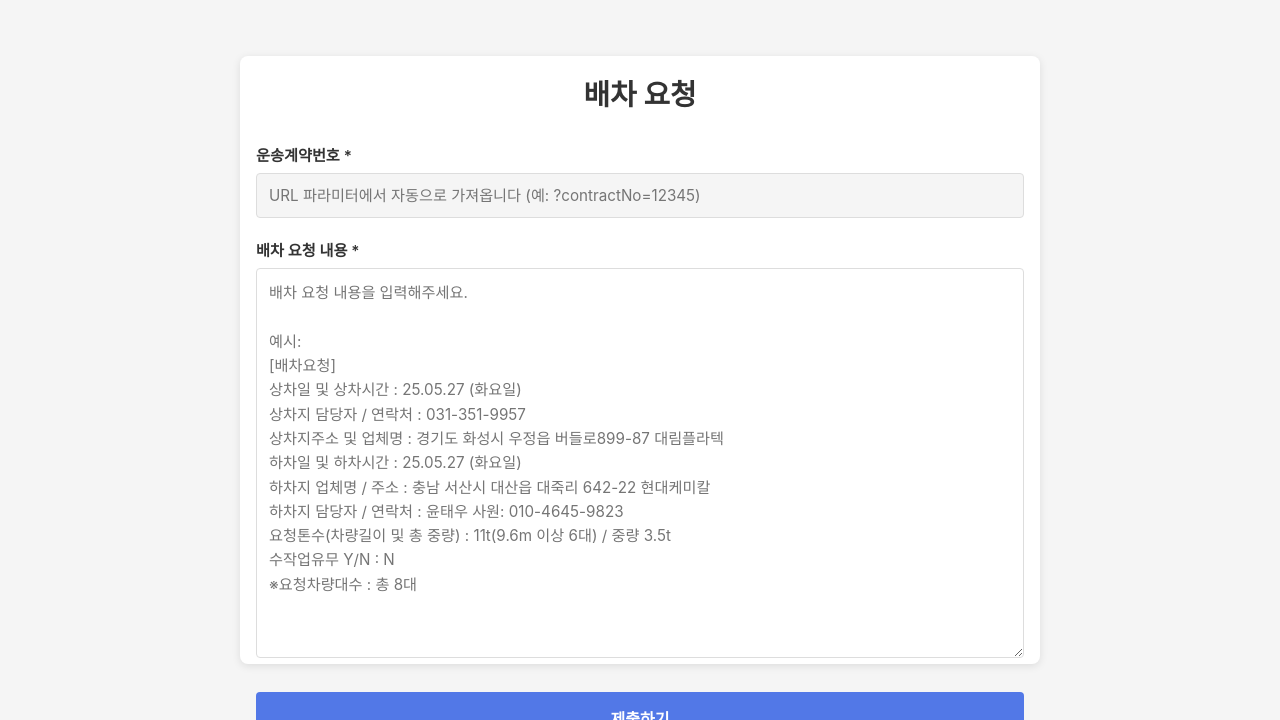
Repository: deul428/logis_transport
Page: / (app in frontend/)
An editor plug-in stored every save of this project. The page is shown before and after the next save, followed by the edit.
The browser window is 1280 px wide. The pictures show the whole page.
The project was rebuilt for these pictures with package versions that can differ from the ones it lists, and the page was loaded fresh each time. Also part of the build but not shown: frontend/src/App.scss.

Above is the page before, as saved 2025-11-13 13:49:18.

### frontend/public/index.html
<!DOCTYPE html>
<html lang="en">
  <head>
    <meta charset="utf-8" />
    <link rel="icon" href="%PUBLIC_URL%/favicon.ico" />
    <meta name="viewport" content="width=device-width, initial-scale=1" />
    <meta name="theme-color" content="#000000" />
    <meta
      name="description"
      content="Web site created using create-react-app"
    />
    <link rel="apple-touch-icon" href="%PUBLIC_URL%/android-icon-192x192.png" />
    <!--
      manifest.json provides metadata used when your web app is installed on a
      user's mobile device or desktop. See https://developers.google.com/web/fundamentals/web-app-manifest/
    -->
    <link rel="manifest" href="%PUBLIC_URL%/manifest.json" />
    <!--
      Notice the use of %PUBLIC_URL% in the tags above.
      It will be replaced with the URL of the `public` folder during the build.
      Only files inside the `public` folder can be referenced from the HTML.

      Unlike "/favicon.ico" or "favicon.ico", "%PUBLIC_URL%/favicon.ico" will
      work correctly both with client-side routing and a non-root public URL.
      Learn how to configure a non-root public URL by running `npm run build`.
    -->
    <title>로지스 운송 오더</title>
  </head>
  <body>
    <div id="root"></div>
    <!--
      This HTML file is a template.
      If you open it directly in the browser, you will see an empty page.

      You can add webfonts, meta tags, or analytics to this file.
      The build step will place the bundled scripts into the <body> tag.

      To begin the development, run `npm start` or `yarn start`.
      To create a production bundle, use `npm run build` or `yarn build`.
    -->
  </body>
</html>

### frontend/src/App.js
import { useState, useEffect } from "react";
import "./App.scss";
import "./styles/transport.scss";

function App() {
  const [contractNo, setContractNo] = useState("");
  const [content, setContent] = useState("");
  const [isSubmitted, setIsSubmitted] = useState(false);

  useEffect(() => {
    // URL에서 계약 번호 파라미터 읽기
    const params = new URLSearchParams(window.location.search);
    const contractNoParam =
      params.get("contractNo") || params.get("contract") || "";

    if (contractNoParam) {
      setContractNo(contractNoParam);
    }
  }, []);

  // 구글 폼 제출
  const handleSubmit = async (e) => {
    e.preventDefault();

    if (!contractNo.trim()) {
      alert(
        "계약 번호가 없습니다. URL에 계약 번호를 포함해주세요. (예: ?contractNo=12345)"
      );
      return;
    }

    if (!content.trim()) {
      alert("배차 요청 내용을 입력해 주세요.");
      return;
    }

    try {
      // 제출 시간 생성 (한국 시간)
      const now = new Date();
      const koreaTimeOffset = 9 * 60; // 한국은 UTC+9
      const koreaTime = new Date(now.getTime() + koreaTimeOffset * 60 * 1000);
      const year = koreaTime.getFullYear();
      const month = String(koreaTime.getMonth() + 1).padStart(2, "0");
      const day = String(koreaTime.getDate()).padStart(2, "0");
      const hours = String(koreaTime.getHours()).padStart(2, "0");
      const minutes = String(koreaTime.getMinutes()).padStart(2, "0");
      const seconds = String(koreaTime.getSeconds()).padStart(2, "0");
      const submitTime = `${year}-${month}-${day} ${hours}:${minutes}:${seconds}`;

      const formData = new FormData();
      // 계약 번호 필드 (구글 폼의 entry ID로 변경 필요)
      formData.append("entry.1271596132", contractNo);
      // 배차 요청 내용 필드 (구글 폼의 entry ID로 변경 필요)
      formData.append("entry.1285765036", content);


      // 구글 폼 URL (실제 구글 폼 URL로 변경 필요)
      const googleFormUrl =
        "https://docs.google.com/forms/d/e/1FAIpQLSepUaIyU7xQX5y7V2-OXf7BZamqW1xnarS4jM8SswiHX2m2rA/formResponse";

      await fetch(googleFormUrl, {
        method: "POST",
        body: formData,
        mode: "no-cors",
      });

      setIsSubmitted(true);
    } catch (err) {
      alert("오류가 발생했습니다. 관리자에게 문의해 주세요.");
      console.error(err);
    }
  };

  const resetForm = () => {
    setContent("");
    setIsSubmitted(false);
  };

  return (
    <div id="transport">
      <div className="cntnt_box">
        <div className="transport_header">
          <h2>배차 요청</h2>
        </div>

        {/* 입력 폼 */}
        {!isSubmitted && (
          <div id="input_area">
            <form id="customForm" onSubmit={handleSubmit}>
              <div className="input_field">
                <label>운송계약번호 *</label>
                <input
                  type="text"
                  value={contractNo}
                  disabled
                  placeholder="URL 파라미터에서 자동으로 가져옵니다 (예: ?contractNo=12345)"
                  style={{
                    backgroundColor: "#f5f5f5",
                    cursor: "not-allowed",
                    color: "#666",
                  }}
                />
              </div>

              <div className="input_field">
                <label>배차 요청 내용 *</label>
                <textarea
                  name="content"
                  rows={15}
                  placeholder={`배차 요청 내용을 입력해주세요.

예시:
[배차요청]
상차일 및 상차시간 : 25.05.27 (화요일)
상차지 담당자 / 연락처 : 031-351-9957
상차지주소 및 업체명 : 경기도 화성시 우정읍 버들로899-87 대림플라텍
하차일 및 하차시간 : 25.05.27 (화요일)
하차지 업체명 / 주소 : 충남 서산시 대산읍 대죽리 642-22 현대케미칼
하차지 담당자 / 연락처 : 윤태우 사원: 010-4645-9823
요청톤수(차량길이 및 총 중량) : 11t(9.6m 이상 6대) / 중량 3.5t
수작업유무 Y/N : N
※요청차량대수 : 총 8대`}
                  value={content}
                  onChange={(e) => setContent(e.target.value)}
                />
              </div>

              <button type="submit">제출하기</button>
            </form>
          </div>
        )}

        {/* 결과 표시 영역 */}
        {isSubmitted && (
          <div id="result_area">
            <h2>접수가 완료되었습니다.</h2>
            <div id="submittedData" className="card">
              <div className="rows row_01">
                <h3>운송계약번호</h3>
                <p>{contractNo || "미입력"}</p>
              </div>
              <div className="rows row_02">
                <h3>배차 요청 내용</h3>
                <p style={{ whiteSpace: "pre-wrap", wordBreak: "break-word" }}>
                  {content}
                </p>
              </div>
            </div>
            <button id="newResponseLink" onClick={resetForm}>
              신규 접수하기
            </button>
          </div>
        )}

        {/* 안내 영역 */}
        {!isSubmitted && (
          <div id="desc_area">
            <div className="info_box">
              <h4>📋 사용 안내</h4>
              <p>
                1. URL에 계약 번호를 포함하여 접근하세요. (예:
                ?contractNo=12345)
                <br />
                2. 배차 요청 내용을 입력한 후 제출 버튼을 클릭하세요.
                <br />
                3. 제출 시간은 자동으로 기록됩니다.
              </p>
            </div>
          </div>
        )}
      </div>
    </div>
  );
}

export default App;

### frontend/src/styles/transport.scss
#transport {
  width: 100dvw;
  height: 100dvh;
  margin: 0 auto;
  min-height: 100vh;
  background-color: #f5f5f5;
  display: flex;
  justify-content: center;
  align-items: center;
  overflow: hidden;

  .cntnt_box {
    padding: 1rem;
    height: 80%;
    width: 60%;
    background-color: white;
    border-radius: 8px;
    box-shadow: 0 2px 8px rgba(0, 0, 0, 0.1);

    .transport_header {
      text-align: center;
      margin-bottom: 30px;

      h2 {
        margin: 0 0 0.2rem;
        font-size: 1.8rem;
        color: #333;
      }
    }

    #input_area {
      margin-bottom: 1rem;
      width: 100%;

      form {
        margin: 0 auto;
        text-align: left;

        .input_field {
          margin-bottom: 20px;

          label {
            display: block;
            margin-bottom: 8px;
            font-weight: 600;
            color: #333;
            font-size: 0.95rem;
          }

          input,
          textarea {
            font-family: inherit;
            width: 100%;
            padding: 12px;
            border: 1px solid #ddd;
            border-radius: 4px;
            font-size: 0.95rem;
            box-sizing: border-box;
            transition: border-color 0.3s;

            &:focus {
              outline: none;
              border-color: #5278e7;
            }

            &:disabled {
              background-color: #f5f5f5;
              cursor: not-allowed;
              color: #666;
            }
          }

          textarea {
            resize: vertical;
            min-height: 300px;
            line-height: 1.6;
          }
        }

        button[type="submit"] {
          width: 100%;
          padding: 14px;
          background-color: #5278e7;
          color: white;
          border: none;
          border-radius: 4px;
          font-size: 1rem;
          font-weight: 600;
          cursor: pointer;
          transition: background-color 0.3s;
          margin-top: 10px;

          &:hover {
            background-color: #4268d6;
          }

          &:active {
            background-color: #3258c6;
          }
        }
      }
    }

    #result_area {
      margin: -1rem 0 0;
      width: 100%;
      text-align: center;

      h2 {
        margin: 0 0 20px;
        font-size: 1.5rem;
        color: #333;
      }

      #submittedData {
        text-align: left;
        margin-bottom: 1rem;
        background-color: #f9f9f9;
        border-radius: 4px;
        padding: 20px;
        box-shadow: none;

        div.rows {
          width: 100%;
          margin-bottom: 20px;

          &:last-child {
            margin-bottom: 0;
          }

          h3 {
            margin-top: 0;
            margin-bottom: 10px;
            font-size: 1rem;
            color: #5278e7;
          }

          p {
            white-space: pre-wrap;
            word-break: break-word;
            overflow-wrap: break-word;
            margin: 0;
            color: #333;
            line-height: 1.6;
          }
        }
      }

      #newResponseLink {
        width: 100%;
        padding: 12px;
        background-color: #6c757d;
        color: white;
        border: none;
        border-radius: 4px;
        font-size: 0.95rem;
        font-weight: 600;
        cursor: pointer;
        transition: background-color 0.3s;
        margin-top: 20px;

        &:hover {
          background-color: #5a6268;
        }
      }
    }

    #desc_area {
      width: 100%;
      margin-top: 30px;

      .info_box {
        background-color: #e7f3ff;
        border-left: 4px solid #5278e7;
        padding: 15px;
        border-radius: 4px;

        h4 {
          margin: 0 0 10px;
          font-size: 1rem;
          color: #333;
        }

        p {
          margin: 0;
          font-size: 0.9rem;
          color: #555;
          line-height: 1.6;
        }
      }
    }
  }

  /* 반응형 */
  @media (max-width: 768px) {
    padding: 10px;

    .cntnt_box {
      padding: 20px;

      .transport_header h2 {
        font-size: 1.5rem;
      }

      #input_area form .input_field textarea {
        min-height: 250px;
      }
    }
  }
}

Loaded but not shown: frontend/src/index.js (common file); frontend/src/index.css (common file); frontend/src/reportWebVitals.js (common file)

After the next save:
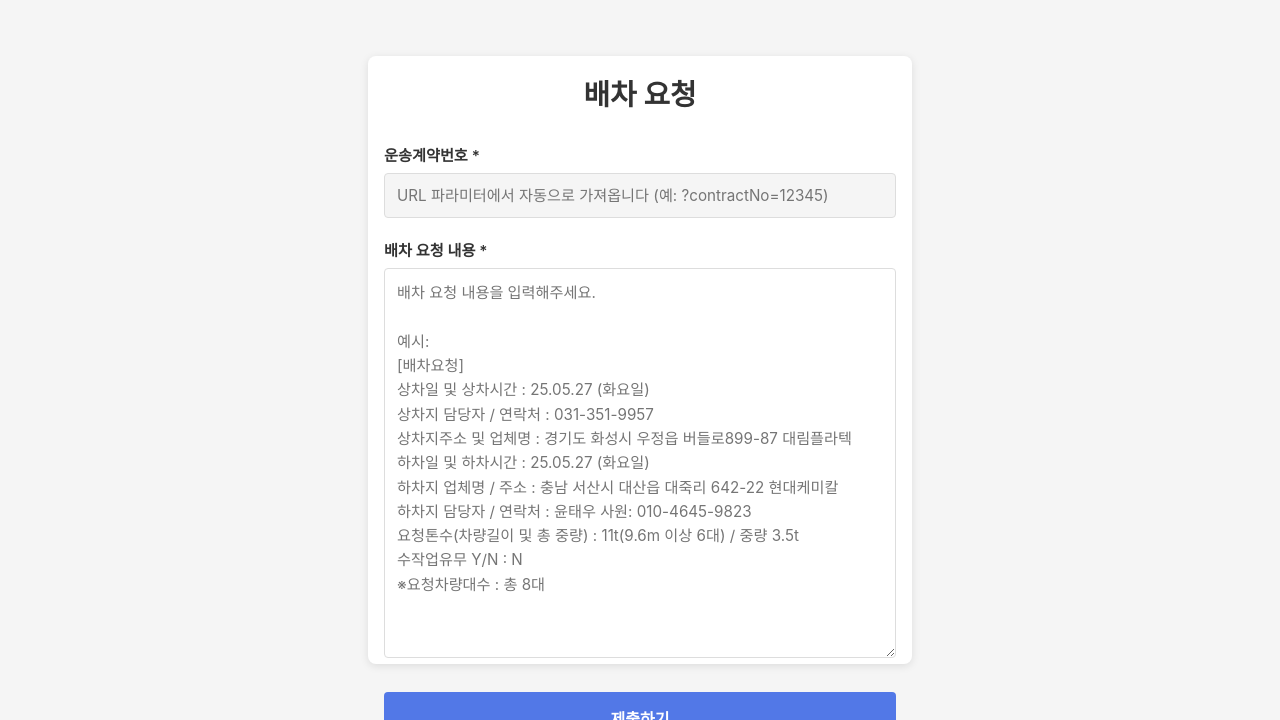
Saved 8 s later.
--- a/frontend/src/styles/transport.scss
+++ b/frontend/src/styles/transport.scss
@@ -12,7 +12,7 @@
   .cntnt_box {
     padding: 1rem;
     height: 80%;
-    width: 60%;
+    width: 40%;
     background-color: white;
     border-radius: 8px;
     box-shadow: 0 2px 8px rgba(0, 0, 0, 0.1);
